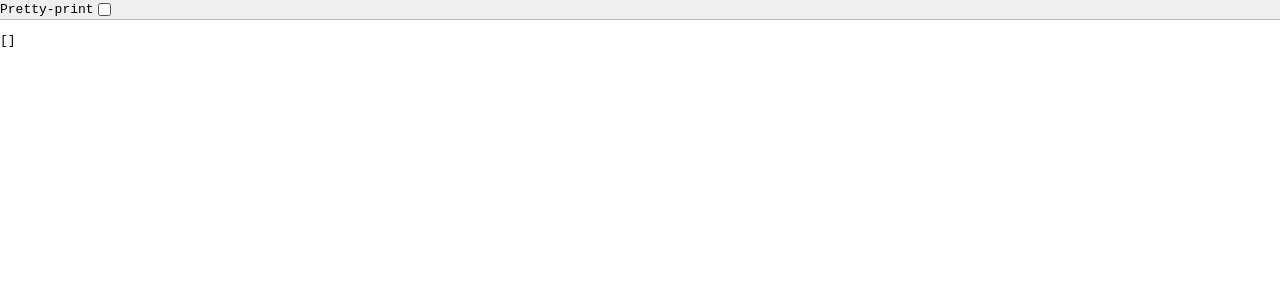
Repository: 1rHub/maintenance
Page: http://localhost/riwayat_mesin.php
The author's editor kept a copy of each file at every save. The page is drawn from the files as they stood at one save, then again after the next save.
The browser window is 1280 px wide. The pictures show the whole page.
The page is run by PHP 8.4 with error messages shown; the project is at /var/www/html/. Queries for data that is not in the repository find no rows.

Above is the page before, as saved 2025-10-21 15:32:57.

### riwayat_mesin.php
<?php
include "koneksi.php";

$nama = mysqli_real_escape_string($conn, $_GET['nama'] ?? '');

$query = "
SELECT
    l.tanggal,
    l.nama,
    l.divisi,
    l.pesan,
    l.pesan_mekanik,
    l.kategori,
    m.nama_mesin,
    GROUP_CONCAT(mk.nama SEPARATOR ', ') AS nama_mekanik
FROM laporan l
LEFT JOIN mesin m ON l.mesin_id = m.id
LEFT JOIN mekanik mk ON FIND_IN_SET(mk.id, l.mekanik_id)
WHERE l.status = 'finish' AND m.nama_mesin = '$nama'
GROUP BY l.id
ORDER BY l.tanggal DESC";

$result = mysqli_query($conn, $query);
$data = [];

if ($result && mysqli_num_rows($result) > 0) {
    while ($row = mysqli_fetch_assoc($result)) {
        $data[] = $row;
    }
}

header('Content-Type: application/json');
echo json_encode($data);

### koneksi.php
<?php
$host = "localhost";
$user = "root";
$pass = "";
$db   = "db_laporan";

$conn = new mysqli($host, $user, $pass, $db);

if ($conn->connect_error) {
    die("Koneksi gagal: " . $conn->connect_error);
}
?>

After the next save:
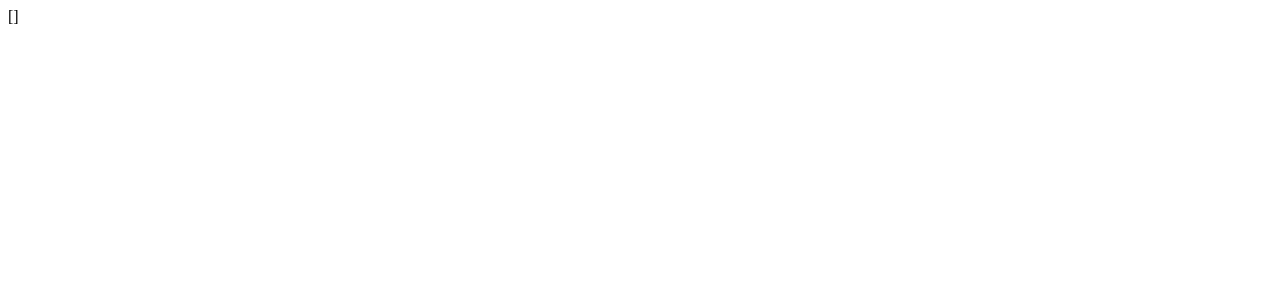
Saved 22 min 5 s later.
--- a/riwayat_mesin.php
+++ b/riwayat_mesin.php
@@ -1,33 +1,20 @@
 <?php
 include "koneksi.php";
 
-$nama = mysqli_real_escape_string($conn, $_GET['nama'] ?? '');
+$nama_mesin = $_GET['nama'] ?? '';
 
-$query = "
-SELECT
-    l.tanggal,
-    l.nama,
-    l.divisi,
-    l.pesan,
-    l.pesan_mekanik,
-    l.kategori,
-    m.nama_mesin,
-    GROUP_CONCAT(mk.nama SEPARATOR ', ') AS nama_mekanik
-FROM laporan l
-LEFT JOIN mesin m ON l.mesin_id = m.id
-LEFT JOIN mekanik mk ON FIND_IN_SET(mk.id, l.mekanik_id)
-WHERE l.status = 'finish' AND m.nama_mesin = '$nama'
-GROUP BY l.id
-ORDER BY l.tanggal DESC";
+if ($nama_mesin === '') {
+    echo json_encode([]);
+    exit;
+}
+
+$query = "SELECT created_at AS tanggal, reporter_name, divisi, pesan AS keterangan, mekanik, pesan_mekanik, kategori
+          FROM laporan
+          WHERE nama_mesin = '$nama_mesin'
+          ORDER BY created_at DESC";
 
 $result = mysqli_query($conn, $query);
-$data = [];
+$data = mysqli_fetch_all($result, MYSQLI_ASSOC);
 
-if ($result && mysqli_num_rows($result) > 0) {
-    while ($row = mysqli_fetch_assoc($result)) {
-        $data[] = $row;
-    }
-}
-
-header('Content-Type: application/json');
 echo json_encode($data);
+?>

After the save that followed:
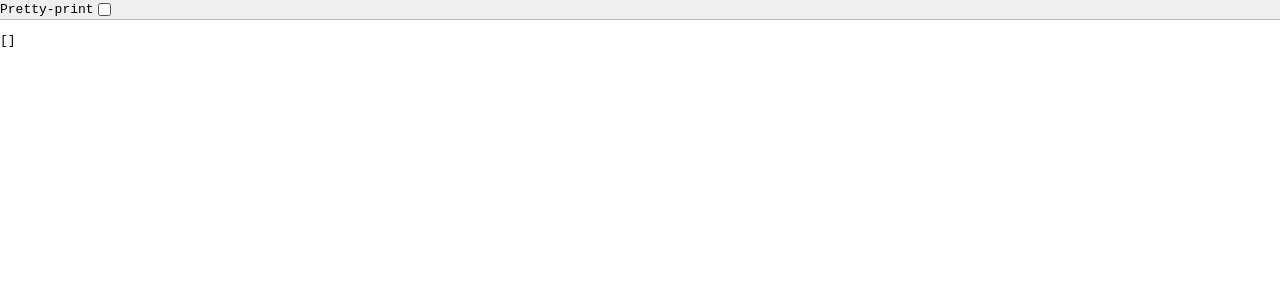
Saved 2 min 5 s later.
--- a/riwayat_mesin.php
+++ b/riwayat_mesin.php
@@ -1,20 +1,33 @@
 <?php
 include "koneksi.php";
 
-$nama_mesin = $_GET['nama'] ?? '';
+$nama = mysqli_real_escape_string($conn, $_GET['nama'] ?? '');
 
-if ($nama_mesin === '') {
-    echo json_encode([]);
-    exit;
+$query = "
+SELECT
+    l.tanggal,
+    l.nama,
+    l.divisi,
+    l.pesan,
+    l.pesan_mekanik,
+    l.kategori,
+    m.nama_mesin,
+    GROUP_CONCAT(mk.nama SEPARATOR ', ') AS nama_mekanik
+FROM laporan l
+LEFT JOIN mesin m ON l.mesin_id = m.id
+LEFT JOIN mekanik mk ON FIND_IN_SET(mk.id, l.mekanik_id)
+WHERE l.status = 'finish' AND m.nama_mesin = '$nama'
+GROUP BY l.id
+ORDER BY l.tanggal DESC";
+
+$result = mysqli_query($conn, $query);
+$data = [];
+
+if ($result && mysqli_num_rows($result) > 0) {
+    while ($row = mysqli_fetch_assoc($result)) {
+        $data[] = $row;
+    }
 }
 
-$query = "SELECT created_at AS tanggal, reporter_name, divisi, pesan AS keterangan, mekanik, pesan_mekanik, kategori
-          FROM laporan
-          WHERE nama_mesin = '$nama_mesin'
-          ORDER BY created_at DESC";
-
-$result = mysqli_query($conn, $query);
-$data = mysqli_fetch_all($result, MYSQLI_ASSOC);
-
+header('Content-Type: application/json');
 echo json_encode($data);
-?>
